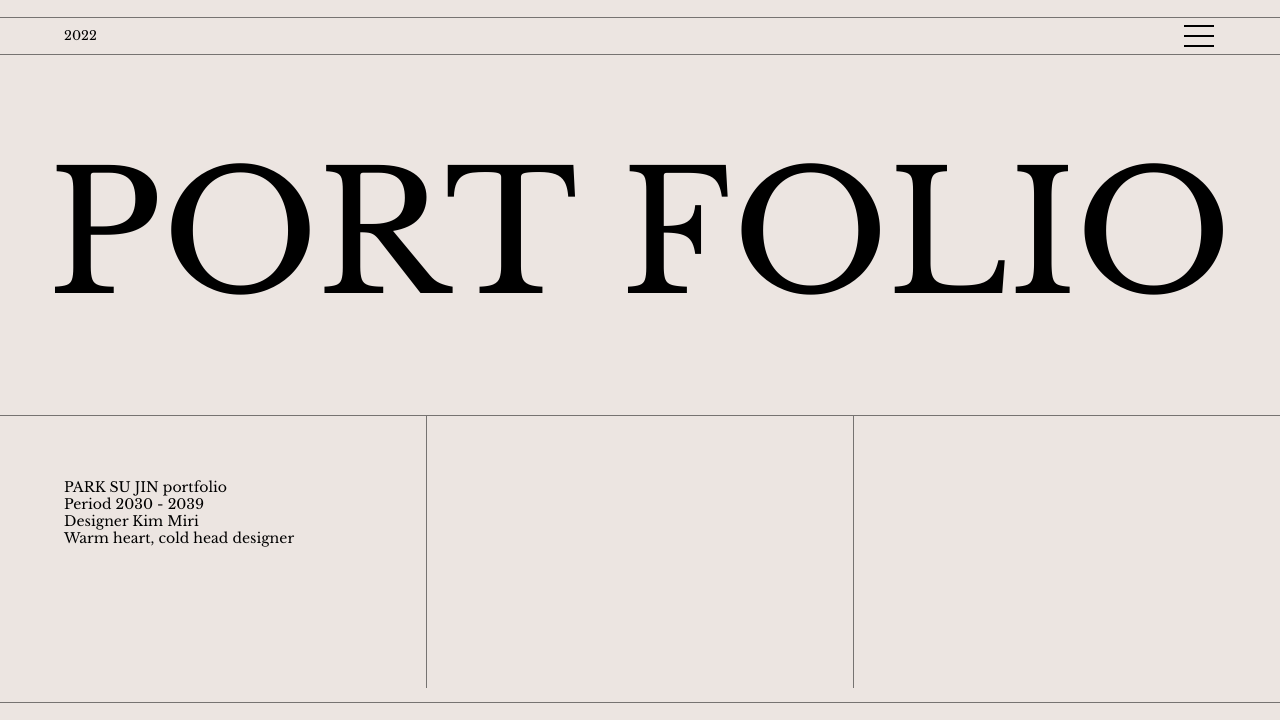
Repository: clsrnemfdml/portfolio_parksj_versiton1
Page: index.html
An editor plug-in stored every save of this project. The page is shown before and after the next save, followed by the edit.
The browser window is 1280 px wide. The pictures show the whole page.

Above is the page before, as saved 2021-09-02 07:56:04.

After the next save:
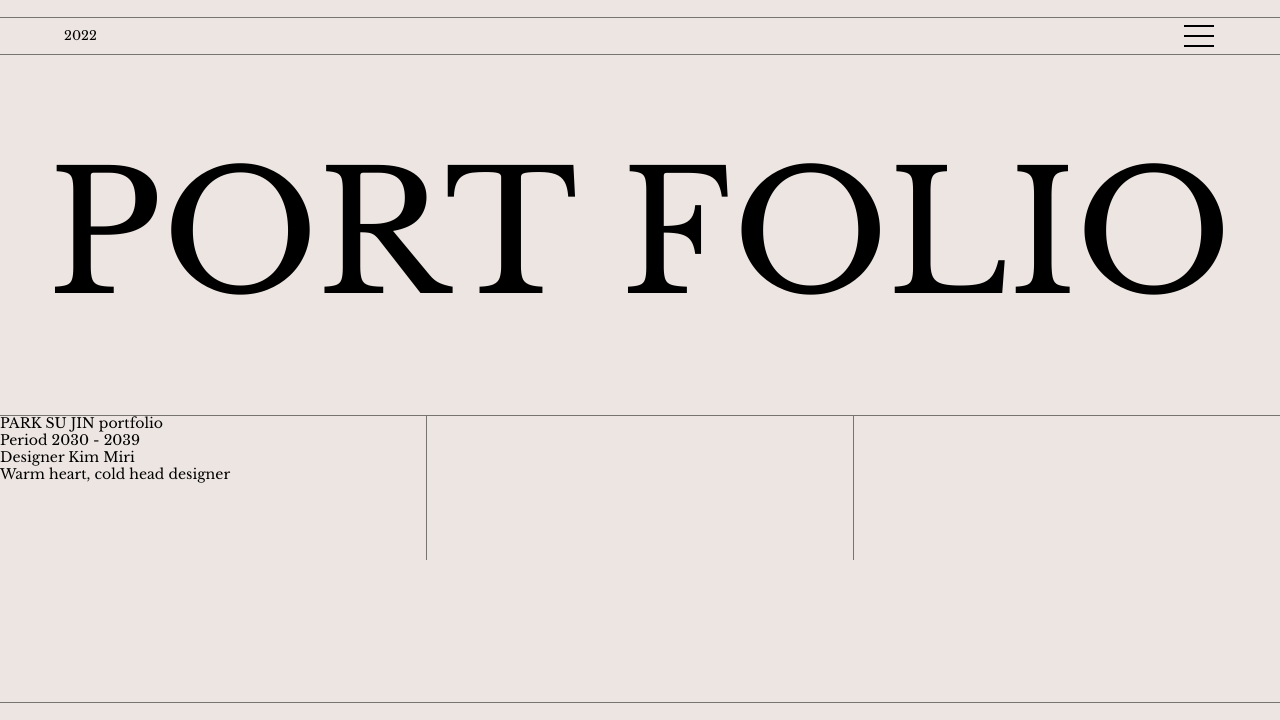
Saved 7 s later.
--- a/css/index.css
+++ b/css/index.css
@@ -99,7 +99,6 @@
     }
 
     #wrap #section1 .content_bottom .rsum1{
-        padding: 5%;
         border-right: 1px solid #767371;
     }
     #wrap #section1 .content_bottom .rsum1 p{
@@ -107,9 +106,7 @@
         font-size: 1.1vw;
     }
     #wrap #section1 .content_bottom .rsum2{
-        padding: 5%;
         border-right: 1px solid #767371;
     }
     #wrap #section1 .content_bottom .rsum3{
-        padding: 5%;
     }
